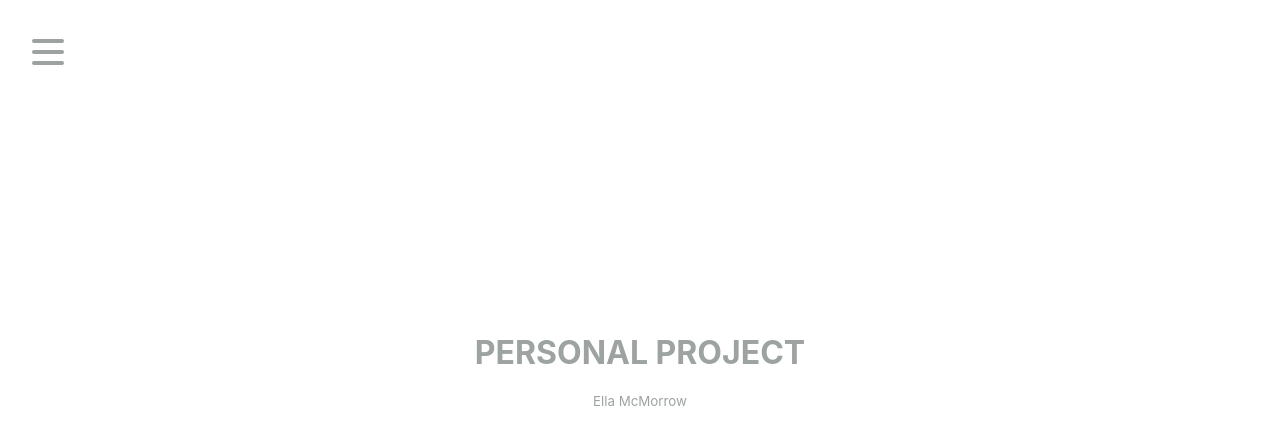
Repository: ellamcmorrow/react2020
Page: /
An editor plug-in stored every save of this project. The page is shown before and after the next save, followed by the edit.
The browser window is 1280 px wide. The pictures show the whole page.
The project was rebuilt for these pictures with package versions that can differ from the ones it lists, and the page was loaded fresh each time.

Above is the page before, as saved 2020-03-28 10:56:38.

After the next save:
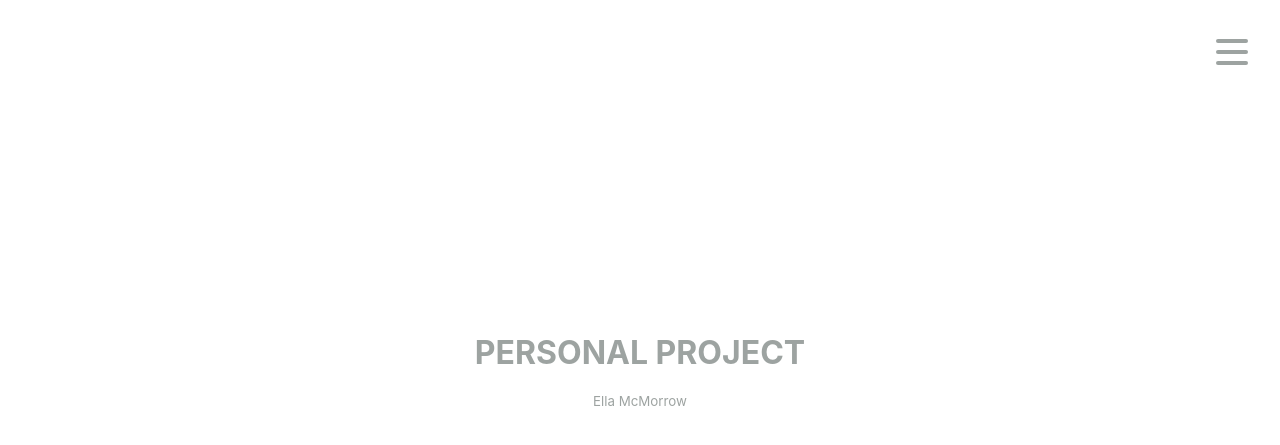
Saved 92 s later.
--- a/src/components/burger/Burger.styled.js
+++ b/src/components/burger/Burger.styled.js
@@ -4,7 +4,7 @@ import styled from "styled-components";
 export const StyledBurger = styled.button`
   position: absolute;
   top: 5%;
-  left: 2rem;
+  right: 2rem;
   display: flex;
   flex-direction: column;
   justify-content: space-around;
